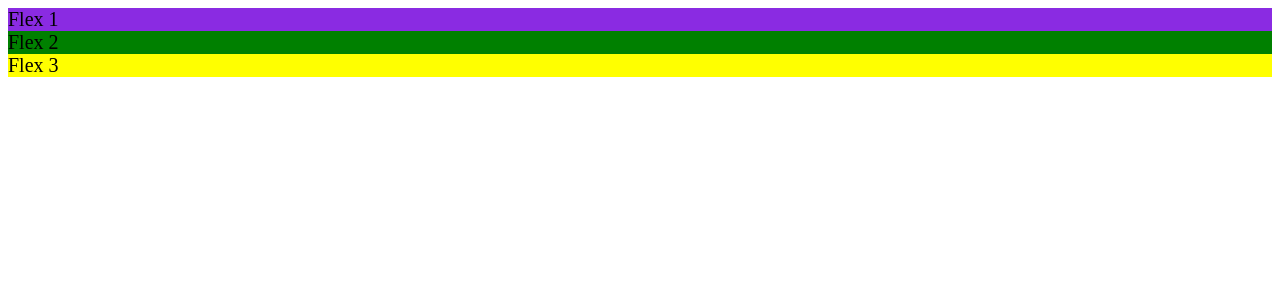
Repository: Kubraaygun/Html_Css_Login
Page: index.html
An editor plug-in stored every save of this project. The page is shown before and after the next save, followed by the edit.
The browser window is 1280 px wide. The pictures show the whole page.

Above is the page before, as saved 2025-03-05 17:21:42.

After the next save:
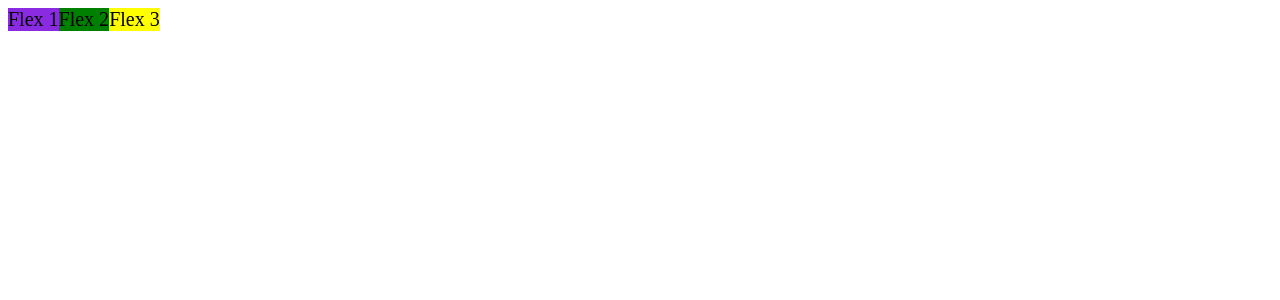
Saved 11 s later.
--- a/index.html
+++ b/index.html
@@ -8,7 +8,7 @@
   </head>
 
   <body>
-    <div>
+    <div style="display: flex">
       <div style="background-color: blueviolet">Flex 1</div>
       <div style="background-color: green">Flex 2</div>
       <div style="background-color: yellow">Flex 3</div>

After the save that followed:
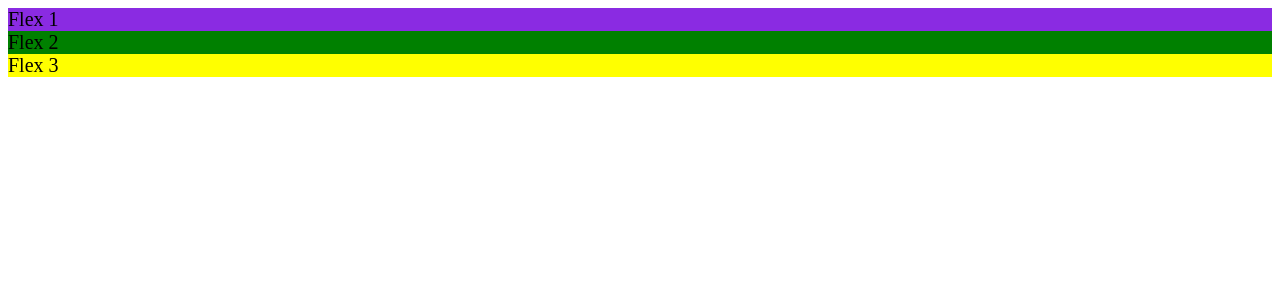
Saved 60 s later.
--- a/index.html
+++ b/index.html
@@ -8,7 +8,7 @@
   </head>
 
   <body>
-    <div style="display: flex">
+    <div style="display: flex, flex-direction:column">
       <div style="background-color: blueviolet">Flex 1</div>
       <div style="background-color: green">Flex 2</div>
       <div style="background-color: yellow">Flex 3</div>
